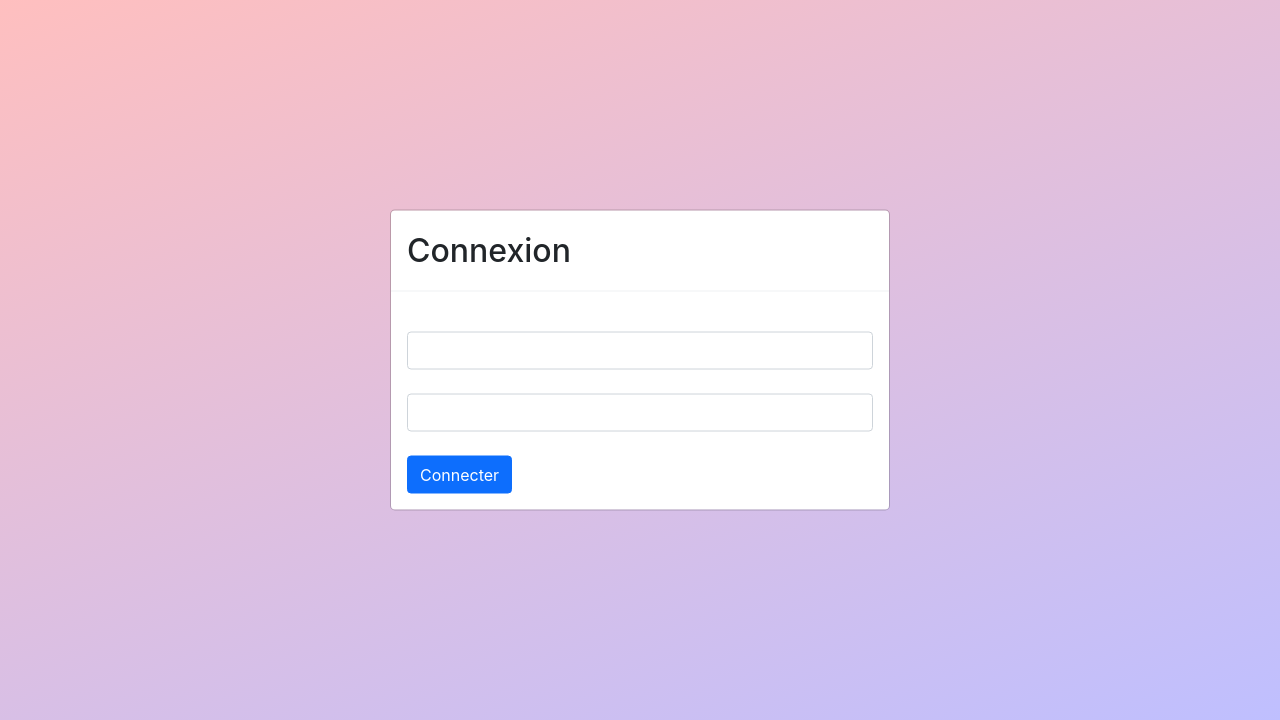
Repository: FS-23/react-task-manager
Page: /login
The author's editor kept a copy of each file at every save. The page is drawn from the files as they stood at one save, then again after the next save.
The browser window is 1280 px wide. The pictures show the whole page.
The project was rebuilt for these pictures with package versions that can differ from the ones it lists, and the page was loaded fresh each time.

Above is the page before, as saved 2022-04-28 14:26:41.

After the next save:
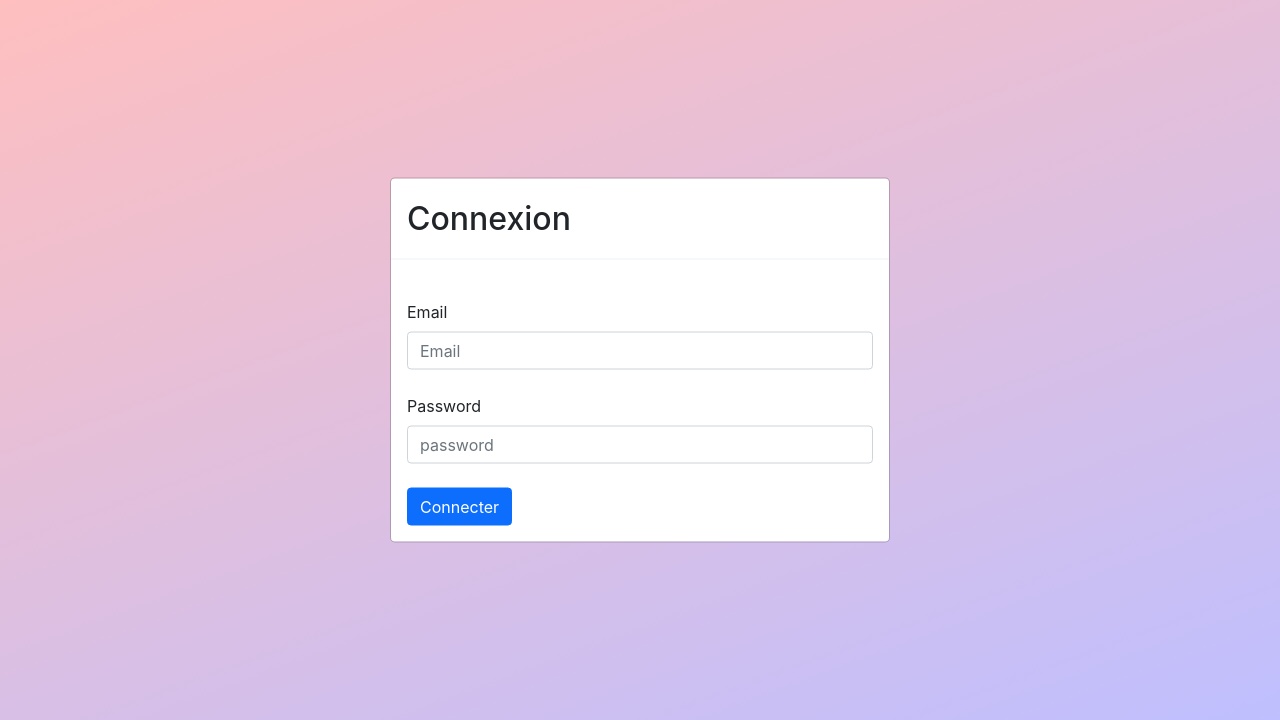
Saved 89 s later.
--- a/src/components/Login.js
+++ b/src/components/Login.js
@@ -36,10 +36,19 @@ function Login(){
                                     <div className='modal-body'>
                                     <form onSubmit={handleFormSubmit}>
                                             <div className="mt-4">
-                                                <input className="form-control" onChange={handleEmailChange}/>
+                                                <label class="form-label">Email</label>
+                                                <input
+                                                    className="form-control"
+                                                    onChange={handleEmailChange}
+                                                    placeholder="Email"/>
                                             </div>
                                             <div className="mt-4">
-                                            <input className="form-control" onChange={handlePasswordChange}/>
+                                            <label class="form-label">Password</label>
+                                            <input
+                                                className="form-control"
+                                                type="password"
+                                                onChange={handlePasswordChange}
+                                                placeholder="password"/>
                                             </div>
                                             <button className="btn btn-primary mt-4">
                                                 Connecter
